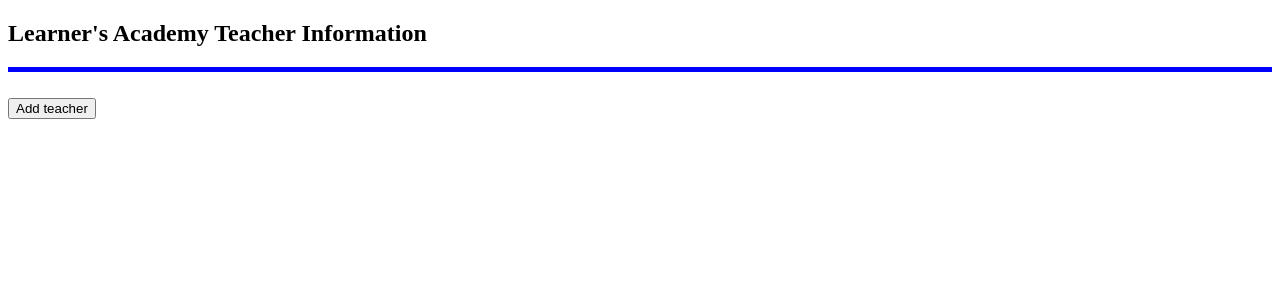
Repository: anithagnana123/Simplilearn_Phase2_project
Page: phase2-project/src/main/webapp/classsub.html
An editor plug-in stored every save of this project. The page is shown before and after the next save, followed by the edit.
The browser window is 1280 px wide. The pictures show the whole page.

Above is the page before, as saved 2022-10-19 11:47:34.

After the next save:
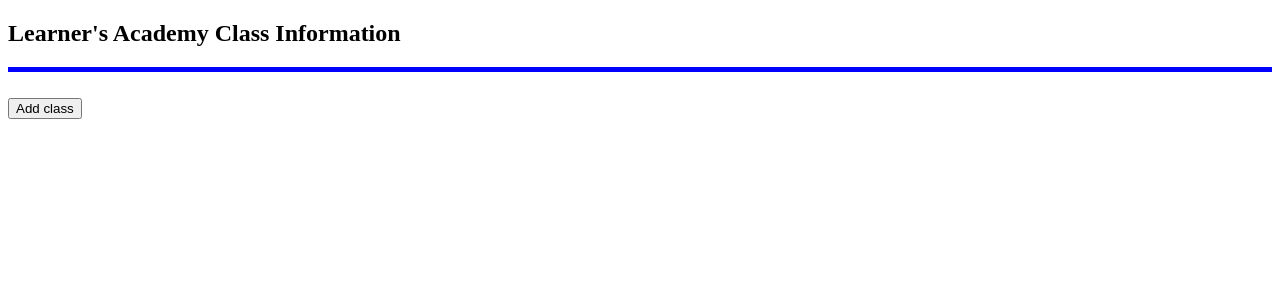
Saved 62 s later.
--- a/phase2-project/src/main/webapp/classsub.html
+++ b/phase2-project/src/main/webapp/classsub.html
@@ -2,14 +2,14 @@
 <html>
 <head>
 <meta charset="ISO-8859-1">
-<title>learners-academy-teacher-info</title>
+<title>learners-academy-class-info</title>
 </head>
 <body>
-<h2>Learner's Academy Teacher Information</h2>
+<h2>Learner's Academy Class Information</h2>
 <hr color="blue" size ="5"/>
 
-<form method="get" action="/phase2-project/addteacher">
-    <br> <input type='submit' value='Add teacher'/>
+<form method="get" action="/phase2-project/addclass">
+    <br> <input type='submit' value='Add class'/>
 </form>
 
 </body>
